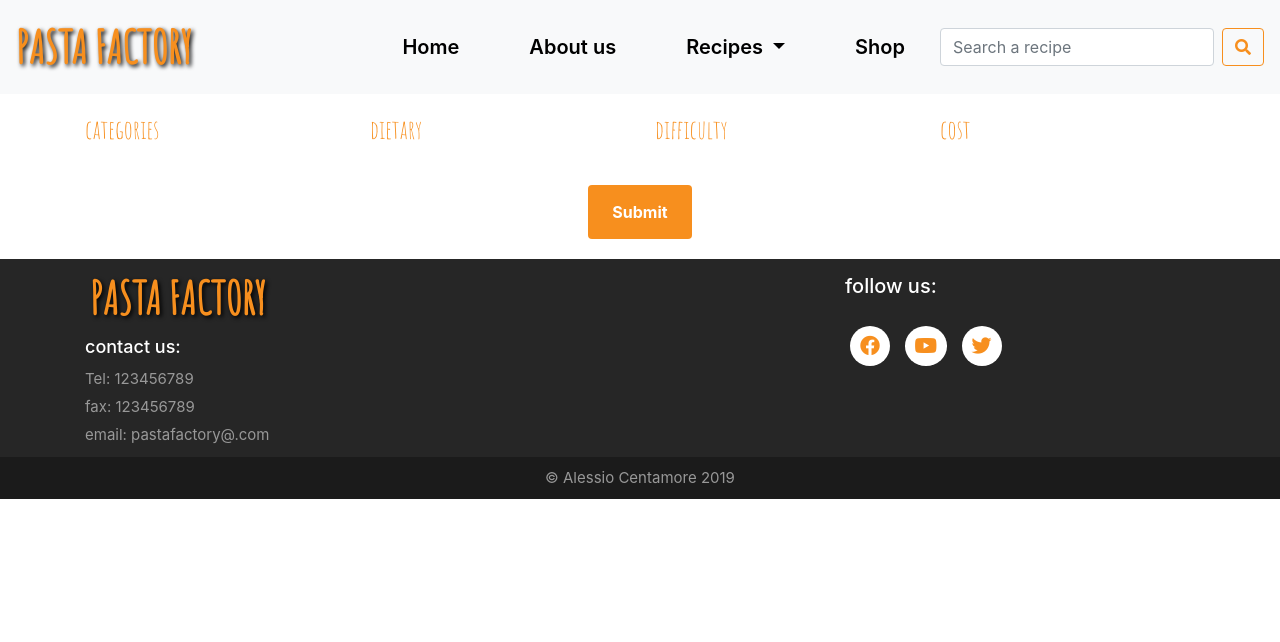
Repository: Baal89/recipe-app
Page: http://localhost/get_recipes
The author's editor kept a record of every edit. The page is drawn from the files as they stood at one moment, then again after the next edit.
The browser window is 1280 px wide. The pictures show the whole page.
Some web libraries are served in a nearby version. The page is served by the project's application, run on Flask 3 (app.py). Queries for data that is not in the repository find no rows.

Above is the page before.
Console error: TypeError: $(...).tooltip is not a function

After the next edit:
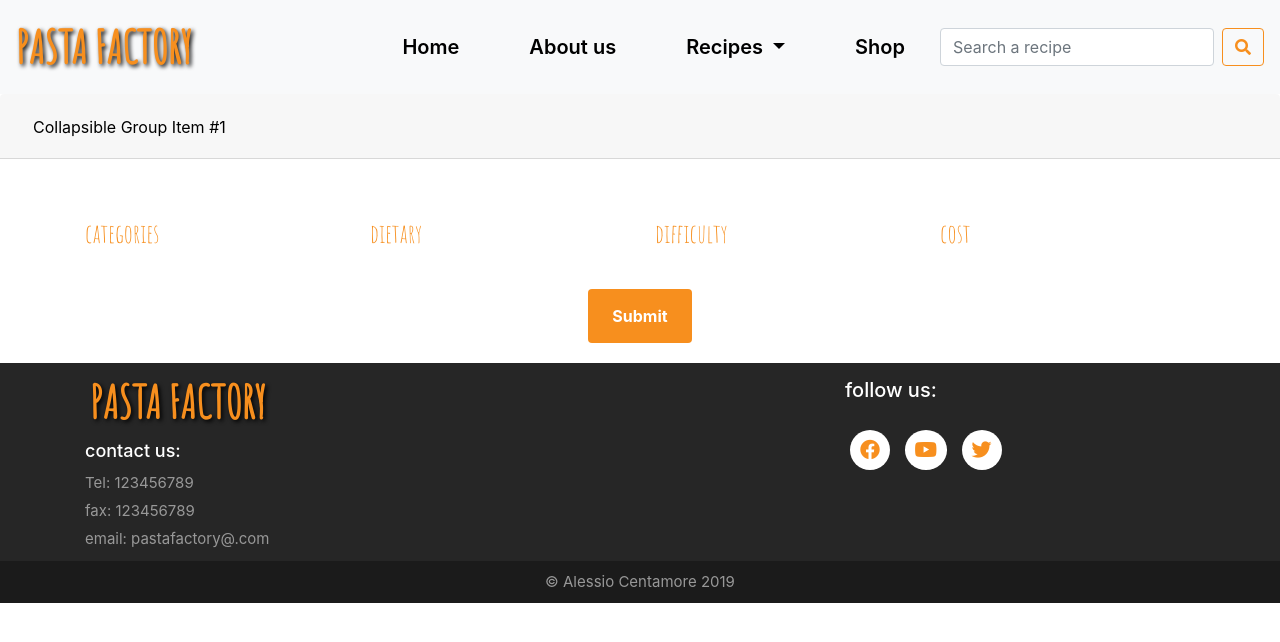
The edit:
--- a/templates/recipes.html
+++ b/templates/recipes.html
@@ -2,62 +2,78 @@
 
 <!-- bootstrap accordion and collapse navbar -->
 <section>
-    <div class="container">
-        <form method="POST" action="{{url_for('filter_recipes') }}">
-            <div class="row">
-                <div class="col-md-3 col-6">
-                    <h5 class="filter-header">categories</h5>
+    <div class="accordion" id="accordionExample">
+        <div class="card">
+            <div class="card-header" id="headingOne">
+                <h2 class="mb-0">
+                    <button class="btn btn-link" type="button" data-toggle="collapse" data-target="#collapseOne" aria-expanded="true" aria-controls="collapseOne">
+          Collapsible Group Item #1
+        </button>
+                </h2>
+            </div>
 
-                    {% for category in categories %}
+            <div id="collapseOne" class="collapse show" aria-labelledby="headingOne" data-parent="#accordionExample">
+                <div class="card-body">
 
-                    <div class="form-group form-check">
-                        <input type="checkbox" class="form-check-input" id="exampleCheck1" name="category_name" value="{{category.category_name}}">
-                        <label class="form-check-label" for="exampleCheck1">{{category.category_name}}</label>
-                    </div>
-
-                    {% endfor %}
-                </div>
-                <div class="col-md-3 col-6">
-                    <h5 class="filter-header">dietary</h5>
-
-                    {% for type in types %}
-
-                    <div class="form-group form-check">
-                        <input type="checkbox" class="form-check-input" id="exampleCheck1" name="type_name" value="{{type.name}}">
-                        <label class="form-check-label" for="exampleCheck1">{{type.name}}</label>
-                    </div>
-
-                    {% endfor %}
-                </div>
-                <div class="col-md-3 col-6">
-                    <h5 class="filter-header">difficulty</h5>
-
-                    {% for difficult in difficulties %}
-
-                    <div class="form-group form-check">
-                        <input type="checkbox" class="form-check-input" id="exampleCheck1" name="difficult_level" value="{{difficult.level}}">
-                        <label class="form-check-label" for="exampleCheck1">{{difficult.level}}</label>
-                    </div>
-
-                    {% endfor %}
-                </div>
-                <div class="col-md-3 col-6">
-                    <h5 class="filter-header">cost</h5>
-                    {% for price in prices %}
-
-                    <div class="form-group form-check">
-                        <input type="checkbox" class="form-check-input" id="exampleCheck1" name="price_amount" value="{{price.amount}}">
-                        <label class="form-check-label" for="exampleCheck1">{{price.amount}}</label>
-                    </div>
-
-                    {% endfor %}
                 </div>
             </div>
-            <div class="text-center">
-                <button type="submit" class="nav-button">Submit</button>
-            </div>
-        </form>
-    </div>
+        </div>
+        <div class="container">
+            <form method="POST" action="{{url_for('filter_recipes') }}">
+                <div class="row">
+                    <div class="col-md-3 col-6">
+                        <h5 class="filter-header">categories</h5>
+
+                        {% for category in categories %}
+
+                        <div class="form-group form-check">
+                            <input type="checkbox" class="form-check-input" id="exampleCheck1" name="category_name" value="{{category.category_name}}">
+                            <label class="form-check-label" for="exampleCheck1">{{category.category_name}}</label>
+                        </div>
+
+                        {% endfor %}
+                    </div>
+                    <div class="col-md-3 col-6">
+                        <h5 class="filter-header">dietary</h5>
+
+                        {% for type in types %}
+
+                        <div class="form-group form-check">
+                            <input type="checkbox" class="form-check-input" id="exampleCheck1" name="type_name" value="{{type.name}}">
+                            <label class="form-check-label" for="exampleCheck1">{{type.name}}</label>
+                        </div>
+
+                        {% endfor %}
+                    </div>
+                    <div class="col-md-3 col-6">
+                        <h5 class="filter-header">difficulty</h5>
+
+                        {% for difficult in difficulties %}
+
+                        <div class="form-group form-check">
+                            <input type="checkbox" class="form-check-input" id="exampleCheck1" name="difficult_level" value="{{difficult.level}}">
+                            <label class="form-check-label" for="exampleCheck1">{{difficult.level}}</label>
+                        </div>
+
+                        {% endfor %}
+                    </div>
+                    <div class="col-md-3 col-6">
+                        <h5 class="filter-header">cost</h5>
+                        {% for price in prices %}
+
+                        <div class="form-group form-check">
+                            <input type="checkbox" class="form-check-input" id="exampleCheck1" name="price_amount" value="{{price.amount}}">
+                            <label class="form-check-label" for="exampleCheck1">{{price.amount}}</label>
+                        </div>
+
+                        {% endfor %}
+                    </div>
+                </div>
+                <div class="text-center">
+                    <button type="submit" class="nav-button">Submit</button>
+                </div>
+            </form>
+        </div>
 </section>
 
 {% for recipe in recipes %}
